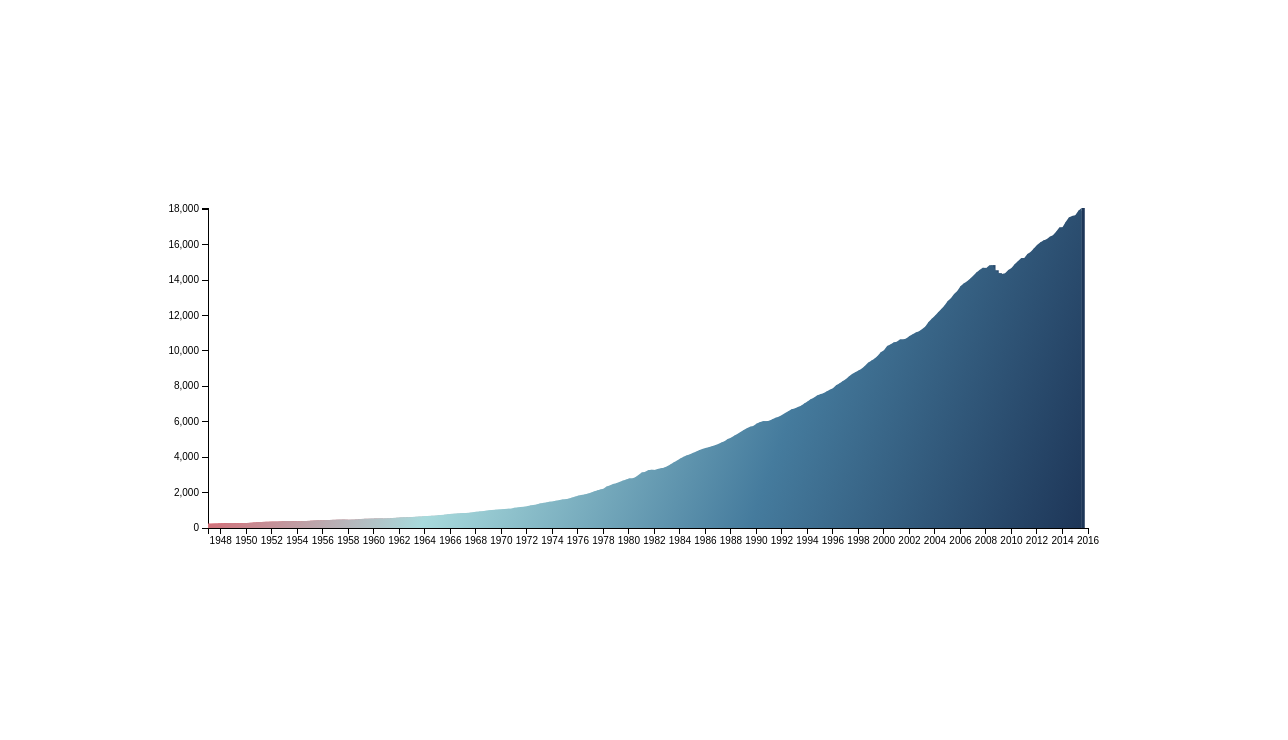
Repository: zizhang-AI/d3-barChart
Page: hello-world.html
The author's editor kept a record of every edit. The page is drawn from the files as they stood at one moment, then again after the next edit.
The browser window is 1280 px wide. The page is 1288 px wide, so the pictures cover 1288 px, including what lies to the right of the window. The pictures show the whole page.

Above is the page before.

After the next edit:
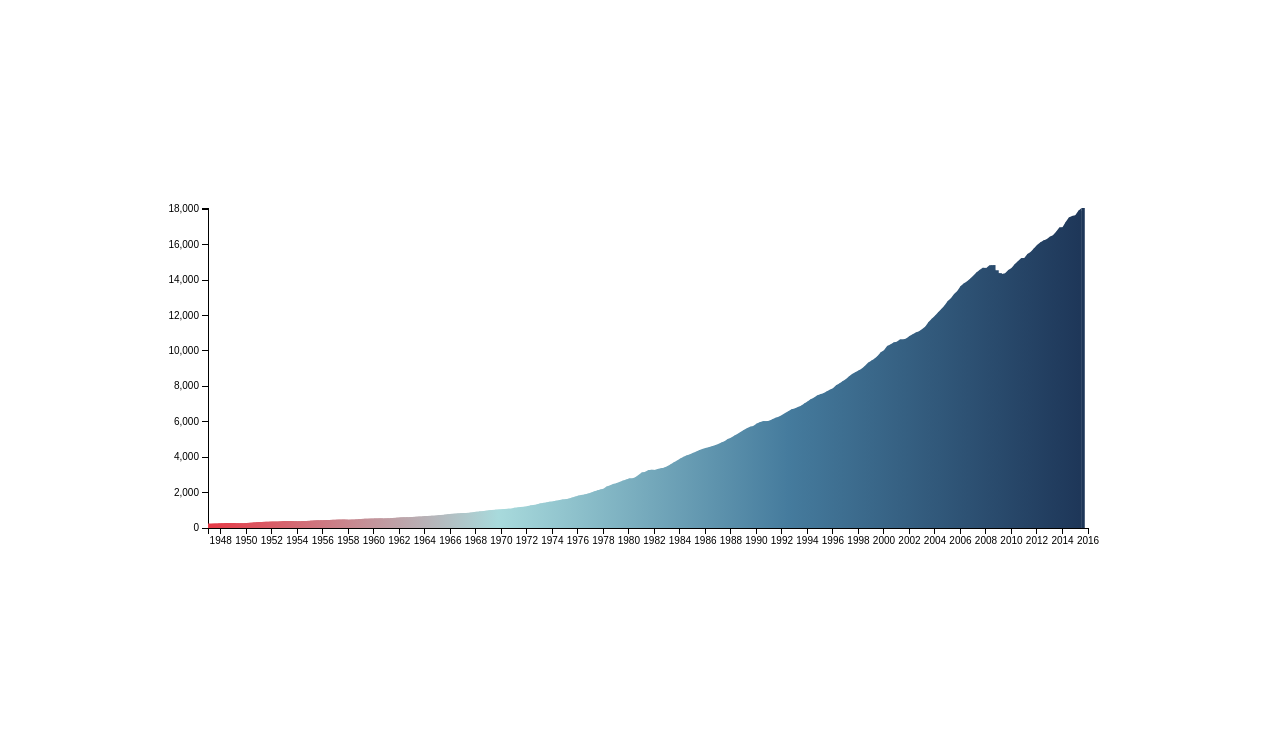
The edit:
--- a/hello-world.html
+++ b/hello-world.html
@@ -70,7 +70,7 @@
 			.attr("id", "areaGradientFill")
 			.attr("gradientUnits", "userSpaceOnUse")
 			.attr("x1", 0)
-			.attr("y1", 0)
+			.attr("y1", height - margin.top - margin.bottom)
 			.attr("x2", width - margin.left - margin.right)
 			.attr("y2", height - margin.top - margin.bottom)
 		.selectAll("stop")
